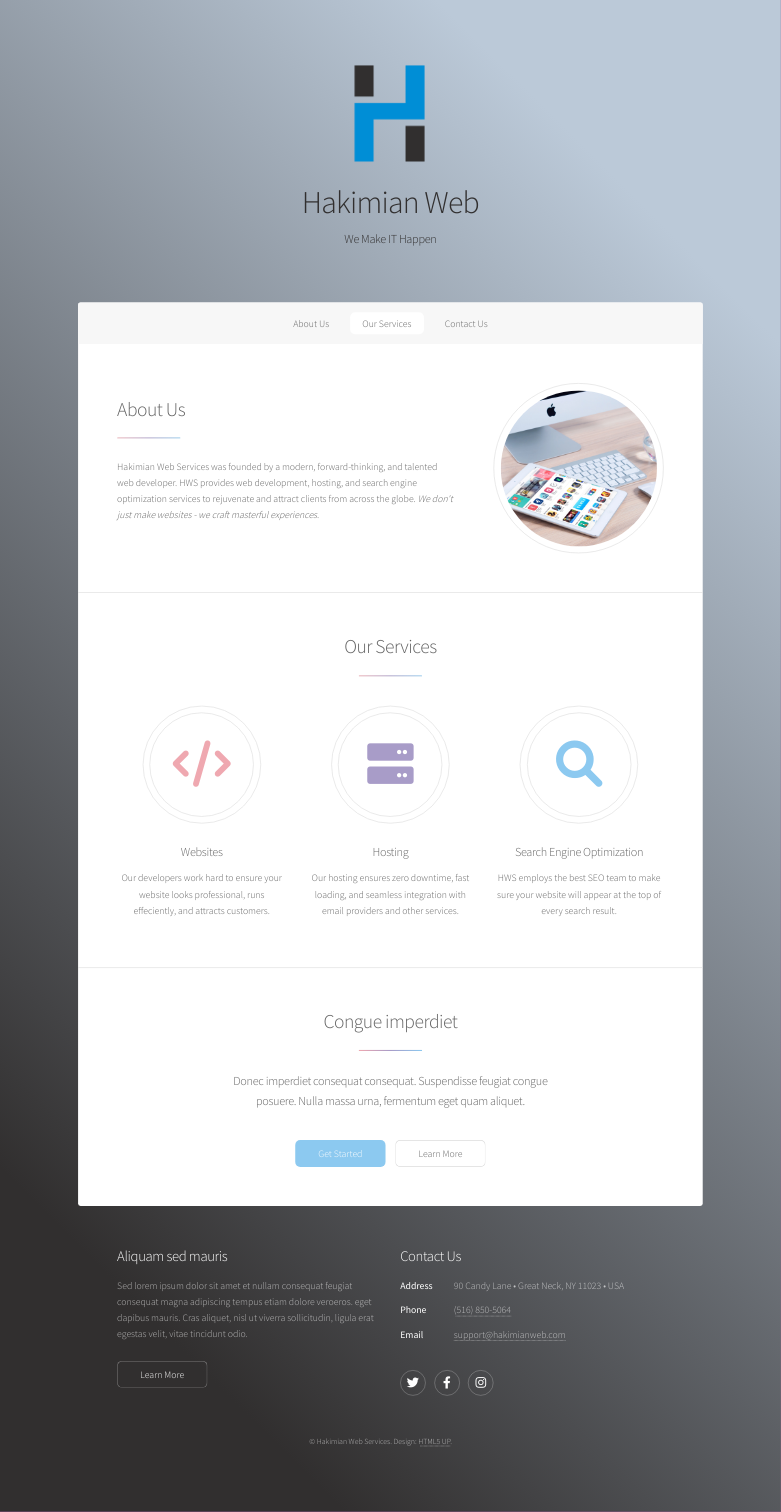
Repository: AidanHak/hakimianweb
Page: index.html
The author's editor kept a copy of each file at every save. The page is drawn from the files as they stood at one save, then again after the next save.
The browser window is 1280 px wide. The pictures show the whole page, at 61% of full size.

Above is the page before, as saved 2022-03-12 22:01:59.

After the next save:
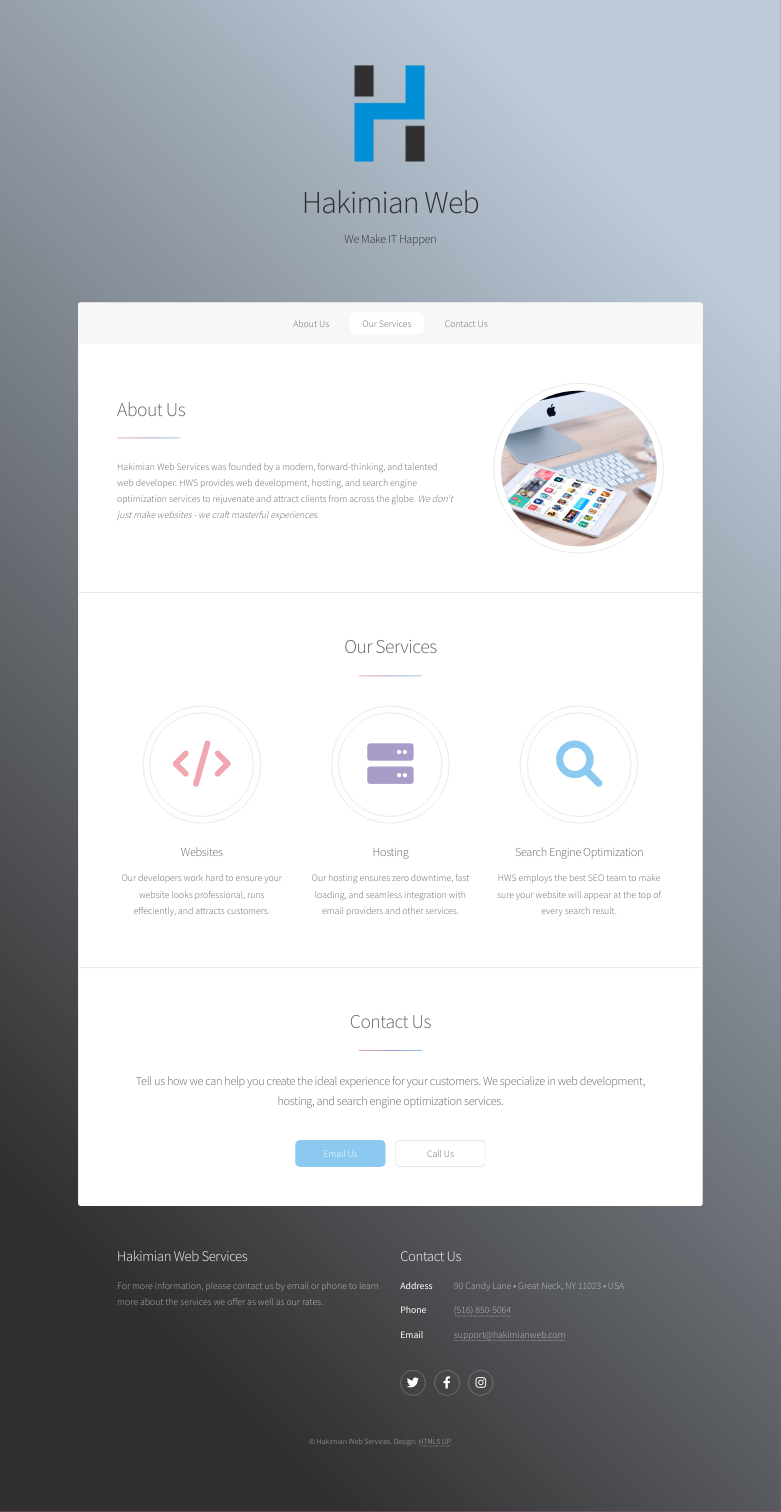
Saved 3 min 4 s later.
--- a/index.html
+++ b/index.html
@@ -116,14 +116,13 @@
 						<!-- Get Started -->
 							<section id="cta" class="main special">
 								<header class="major">
-									<h2>Congue imperdiet</h2>
-									<p>Donec imperdiet consequat consequat. Suspendisse feugiat congue<br />
-									posuere. Nulla massa urna, fermentum eget quam aliquet.</p>
+									<h2>Contact Us</h2>
+									<p>Tell us how we can help you create the ideal experience for your customers. We specialize in web development, hosting, and search engine optimization services.</p>
 								</header>
 								<footer class="major">
 									<ul class="actions special">
-										<li><a href="generic.html" class="button primary">Get Started</a></li>
-										<li><a href="generic.html" class="button">Learn More</a></li>
+										<li><a href="mailto:support@hakimianweb.com" class="button primary">Email Us</a></li>
+										<li><a href="tel:+15168505064" class="button">Call Us</a></li>
 									</ul>
 								</footer>
 							</section>
@@ -133,11 +132,13 @@
 				<!-- Footer -->
 					<footer id="footer">
 						<section>
-							<h2>Aliquam sed mauris</h2>
-							<p>Sed lorem ipsum dolor sit amet et nullam consequat feugiat consequat magna adipiscing tempus etiam dolore veroeros. eget dapibus mauris. Cras aliquet, nisl ut viverra sollicitudin, ligula erat egestas velit, vitae tincidunt odio.</p>
-							<ul class="actions">
-								<li><a href="generic.html" class="button">Learn More</a></li>
-							</ul>
+							<h2>Hakimian Web Services</h2>
+							<p>For more information, please contact us by email or phone to learn more about the services we offer as well as our rates.</p>
+							<div class="hidden">
+								<ul class="actions">
+									<li><a href="generic.html" class="button">Learn More</a></li>
+								</ul>
+							</div>
 						</section>
 						<section>
 							<h2>Contact Us</h2>
